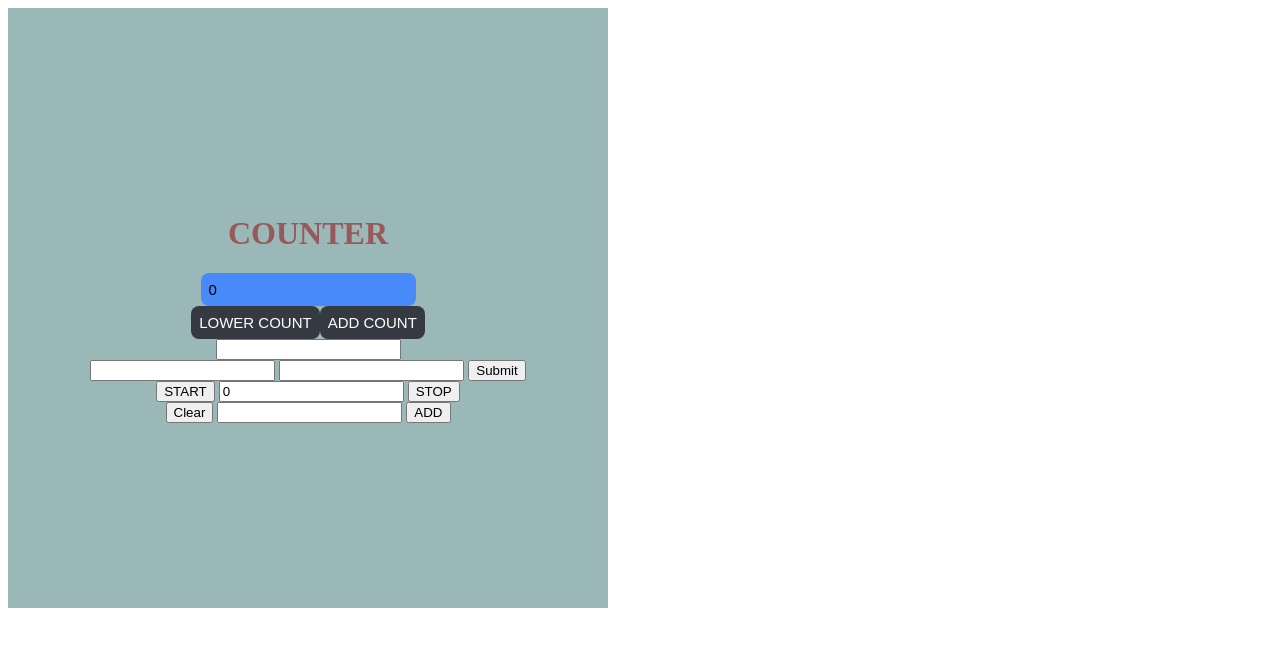
Repository: sedashahnazaryan/Caunter
Page: index.html
The author's editor kept a copy of each file at every save. The page is drawn from the files as they stood at one save, then again after the next save.
The browser window is 1280 px wide. The pictures show the whole page.

Above is the page before, as saved 2022-02-15 01:28:26.

After the next save:
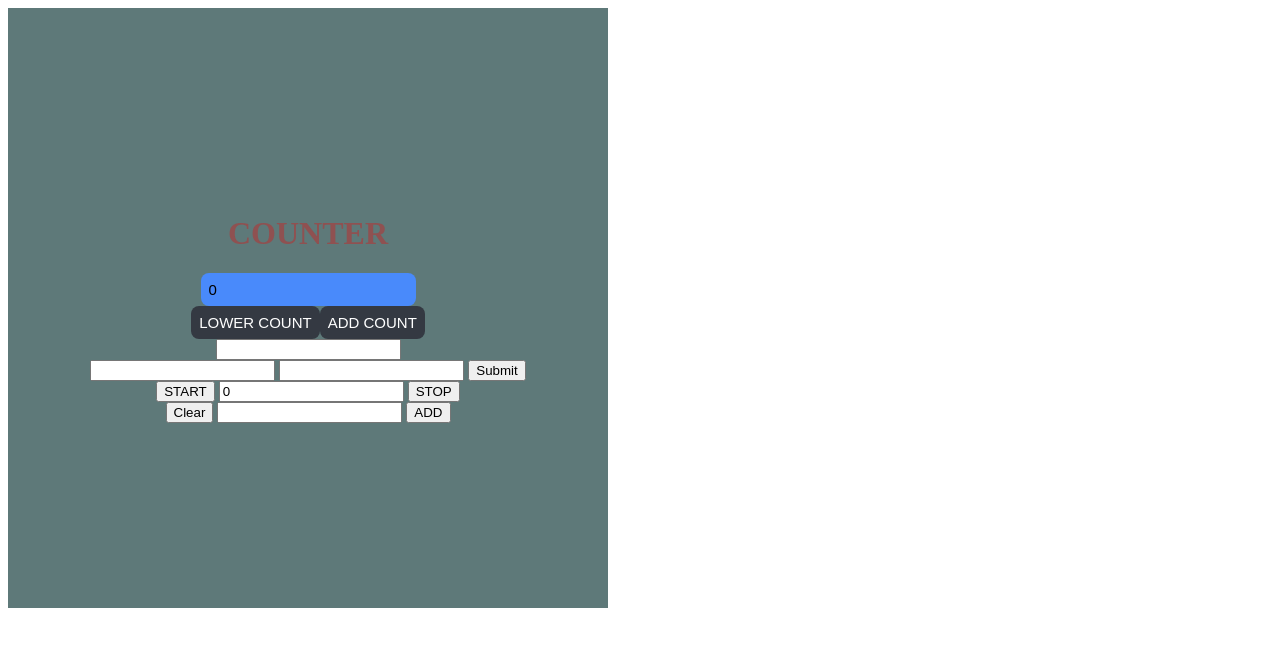
Saved 43 s later.
--- a/index.css
+++ b/index.css
@@ -8,7 +8,7 @@
   width: 600px;
   justify-content: center;
   align-items: center;
-  background-color: rgb(155, 184, 184);
+  background-color: rgb(94, 121, 121);
   flex-direction: column;
 }
 
